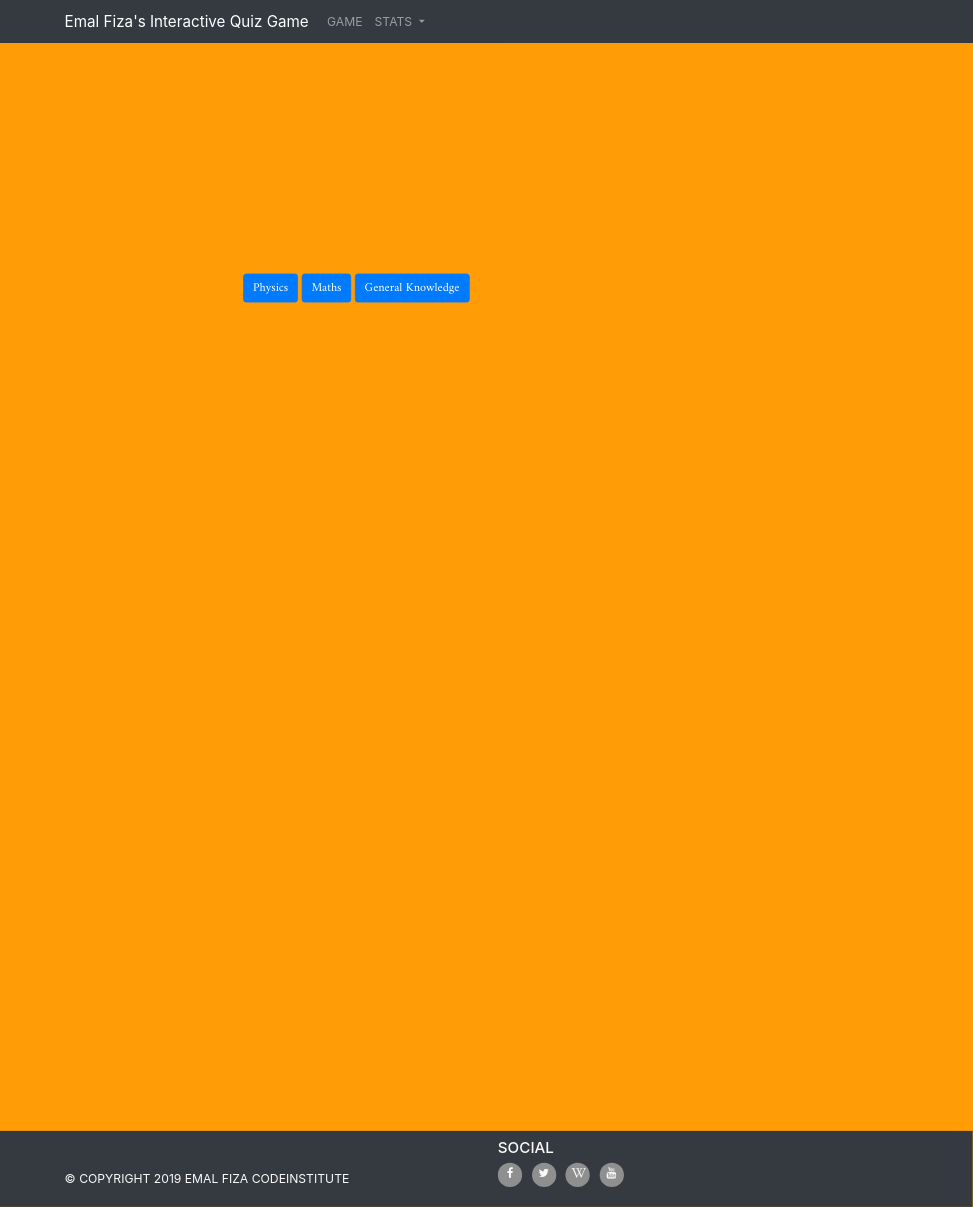
Repository: emalfiza/interactive-quiz-game
Page: index.html
The author's editor kept a record of every edit. The page is drawn from the files as they stood at one moment, then again after the next edit.
The browser window is 1280 px wide. The pictures show the whole page, at 76% of full size.
Some web fonts or font styles are not loaded; a fallback is used. Some web libraries are served in a nearby version.

Above is the page before.
Console error: TypeError: $(...).scrollspy is not a function

After the next edit:
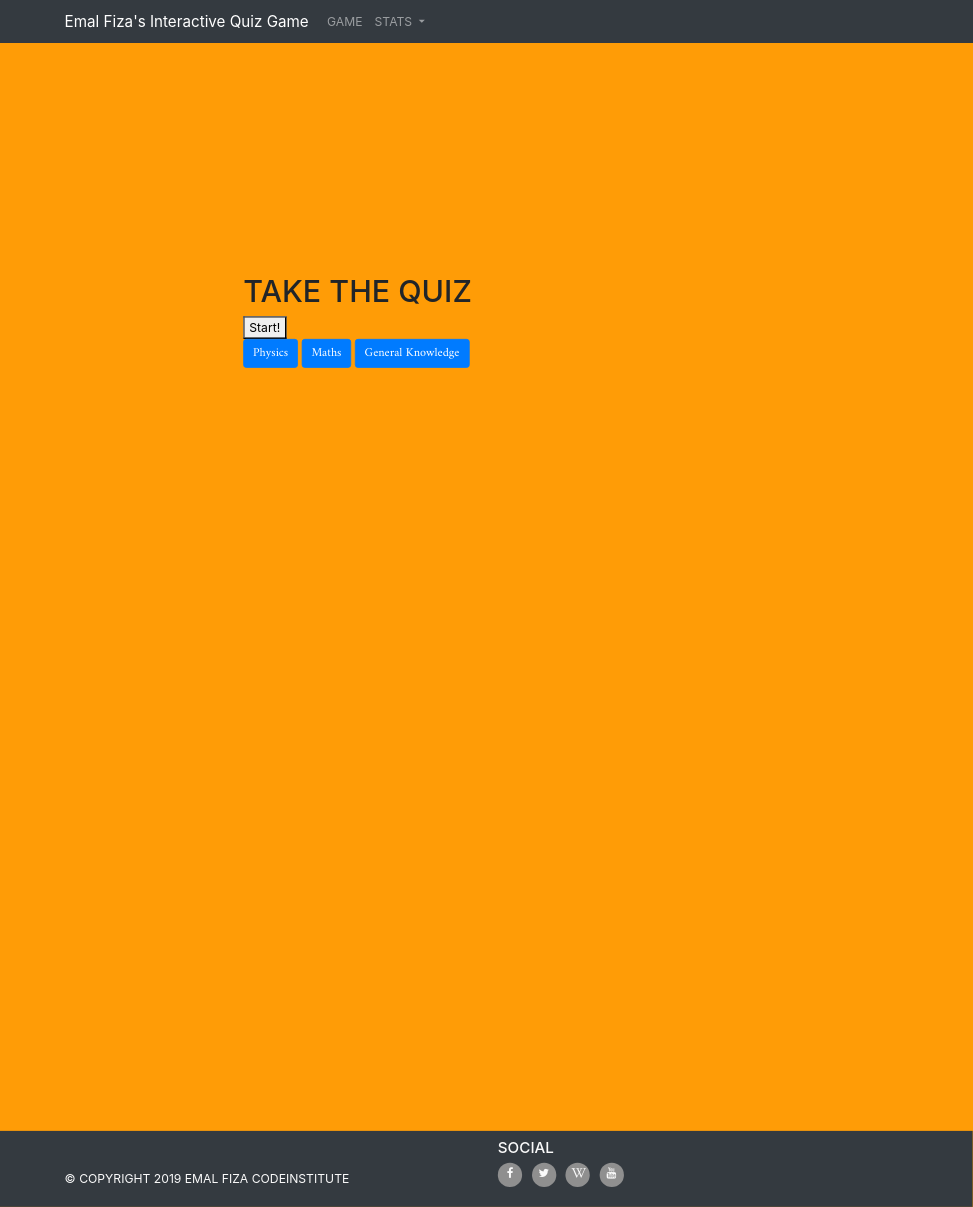
The edit:
--- a/index.html
+++ b/index.html
@@ -53,6 +53,12 @@
         <section id="game" class="min-vw-100 min-vh-100">
             <!-- Bootsttrap predefined button class from the bootstarp ducomentation -->
             <div id="center">
+                <div id="fullQuiz">
+                    <div>
+                        <h1 id="heading1">TAKE THE QUIZ</h1>
+                        <button id="startButton" type="button">Start!</button>
+                    </div>
+                </div>
                 <button id="physics" type="button" class="btn btn-primary">Physics</button>
                 <button id="maths" type="button" class="btn btn-primary">Maths</button>
                 <button id="general" type="button" class="btn btn-primary">General Knowledge</button>
